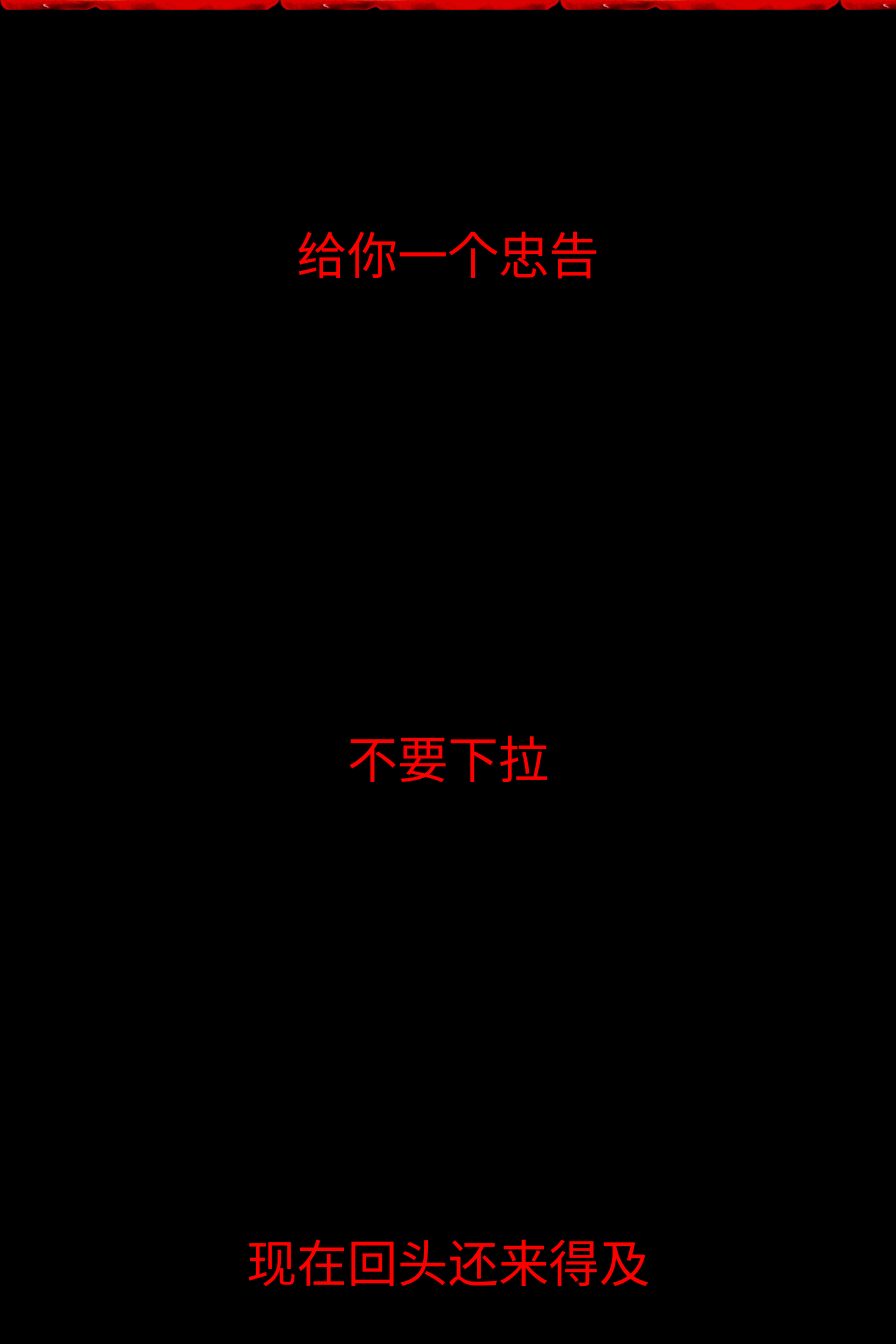
Repository: PUYIXIU/CSSMagic
Page: Animation/ScrollDrivenAnimation/index.html
These files come from the project's save history. The page is drawn as it stood at one moment and after the next save; the edit follows.
The browser window is 1280 px wide. The pictures show the part of the page from y = 0 to 1920 px (the page is 12960 px tall), at 70% of full size.
Some web fonts or font styles are not loaded; a fallback is used.

Above is the page before, as saved 2024-09-03 11:26:25.

After the next save:
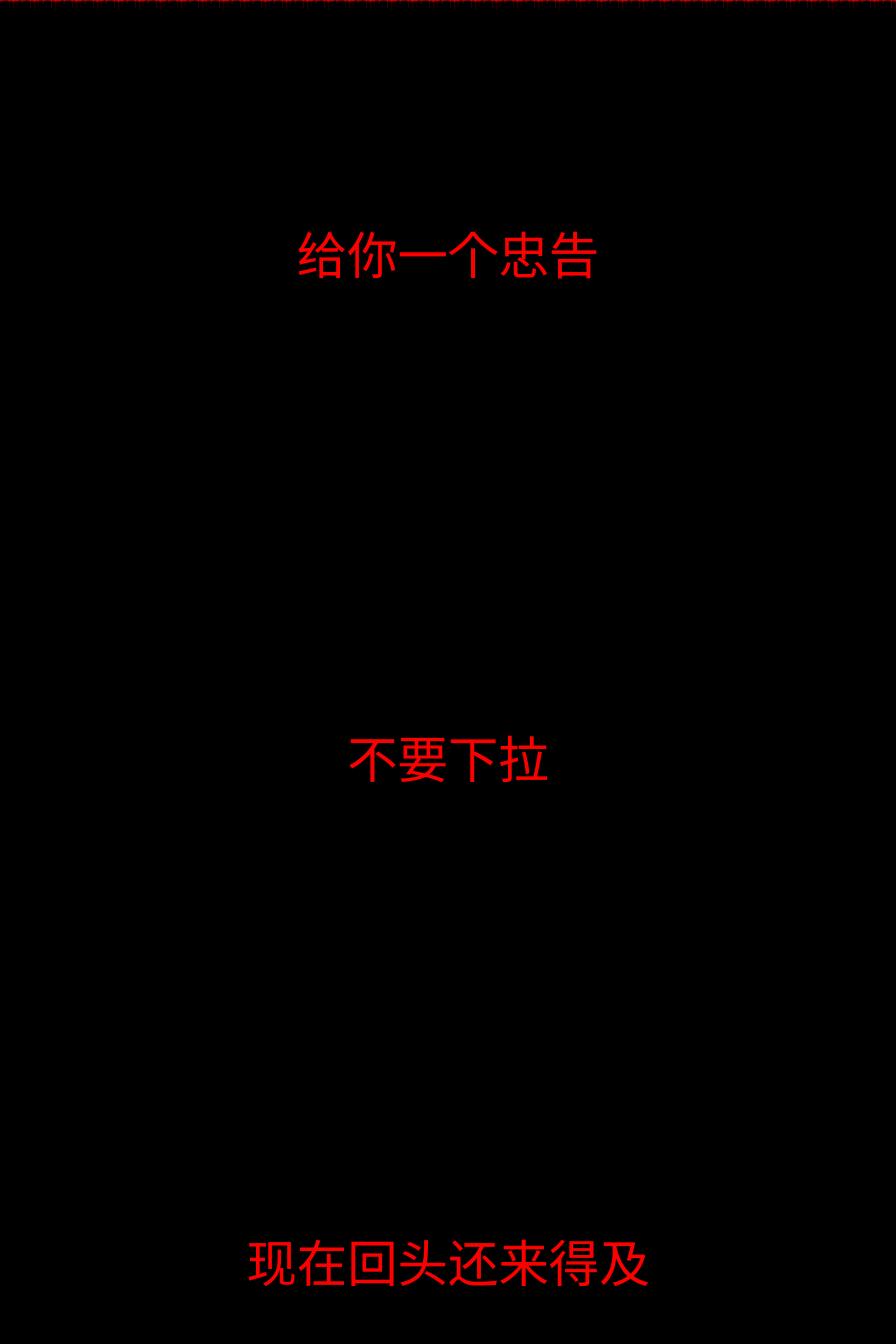
Saved 21 s later.
--- a/Animation/ScrollDrivenAnimation/index.html
+++ b/Animation/ScrollDrivenAnimation/index.html
@@ -28,6 +28,7 @@
             width:100%;
             /* background-color: rgb(164, 23, 23); */
             background-image:url(../../assets/img/blood.png);
+            background-size:contain;
             position:fixed;
             top:0;
             left:0;
